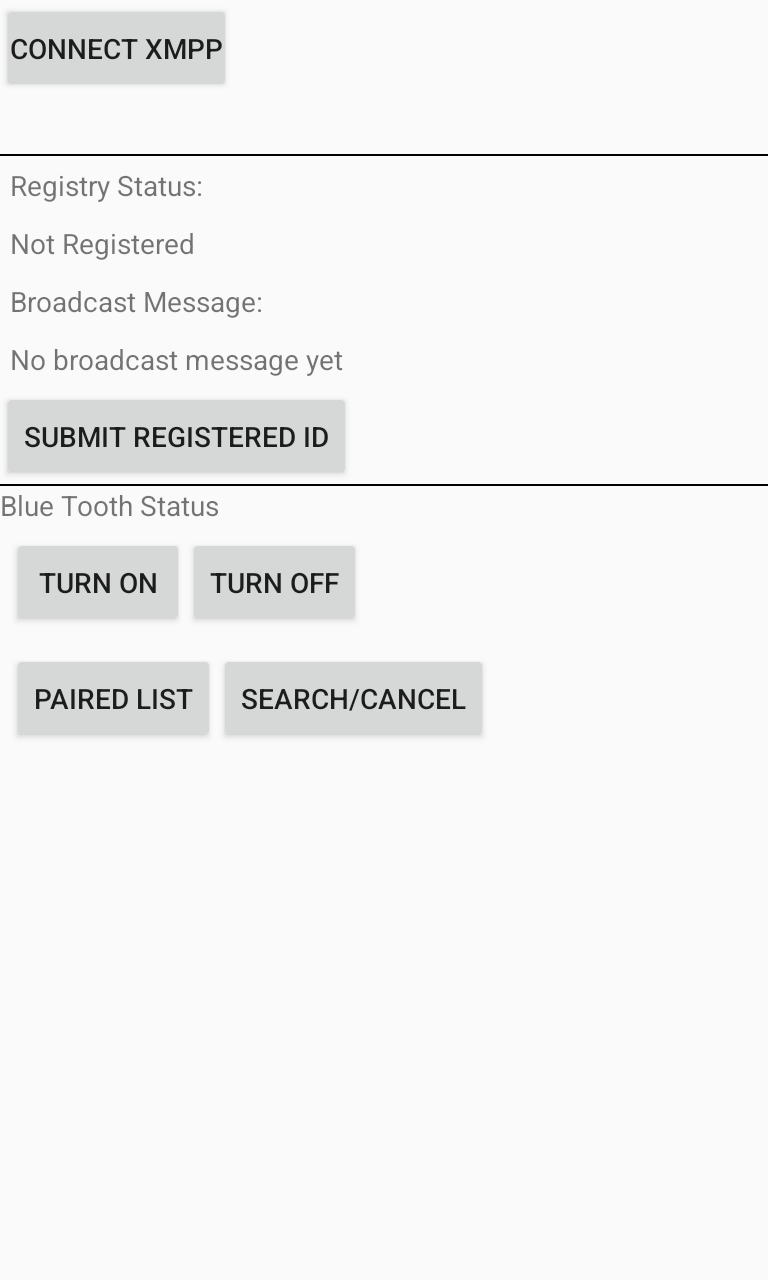
Repository: AlanTai/prjAppIntegration
Layout: prjCandyHouse/res/layout/activity_main.xml
An editor plug-in stored every save of this project. The layout is shown before and after the next save, followed by the edit.
It is drawn on a 768 x 1280 px phone screen (xhdpi) without system bars, with theme AppTheme; the app's code is not run. Lists and similar views that code fills are empty.

Above is the layout before, as saved 2014-11-11 23:14:55.

After the next save:
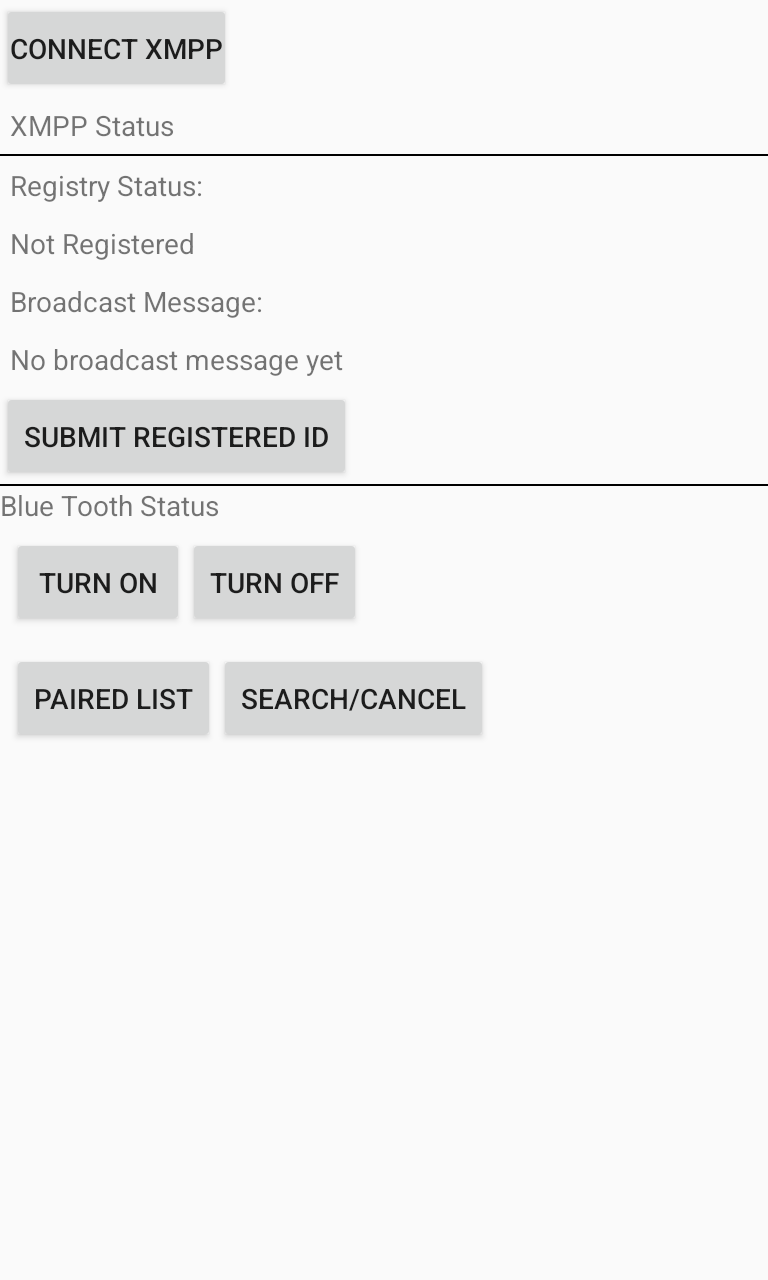
Saved 7 s later.
--- a/prjCandyHouse/res/layout/activity_main.xml
+++ b/prjCandyHouse/res/layout/activity_main.xml
@@ -15,7 +15,8 @@
         android:id="@+id/txtXMPPStatus"
         android:layout_width="wrap_content"
         android:layout_height="wrap_content"
-        android:padding="5dp"/>
+        android:padding="5dp"
+        android:text="@string/txtXMPPStatus"/>
 
     <TextView
         android:layout_height="1dp"
